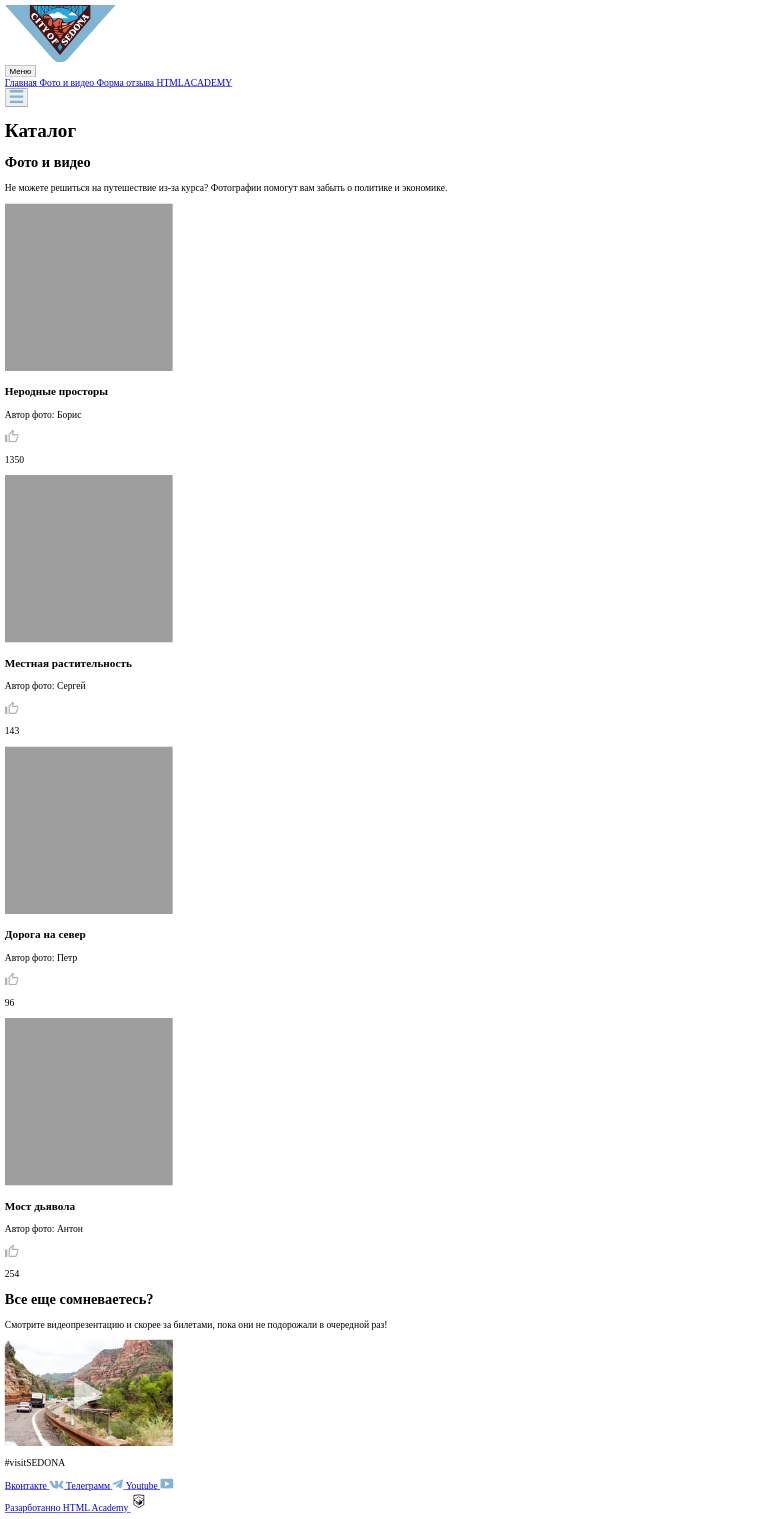
Repository: iKrekus/2149661-sedona-27
Page: source/catalog.html
An editor plug-in stored every save of this project. The page is shown before and after the next save, followed by the edit.
The browser window is 1280 px wide. The pictures show the whole page, at 60% of full size.
Pictures or frames that could not be fetched are drawn as grey boxes.

Above is the page before, as saved 2022-11-28 22:03:58.

After the next save:
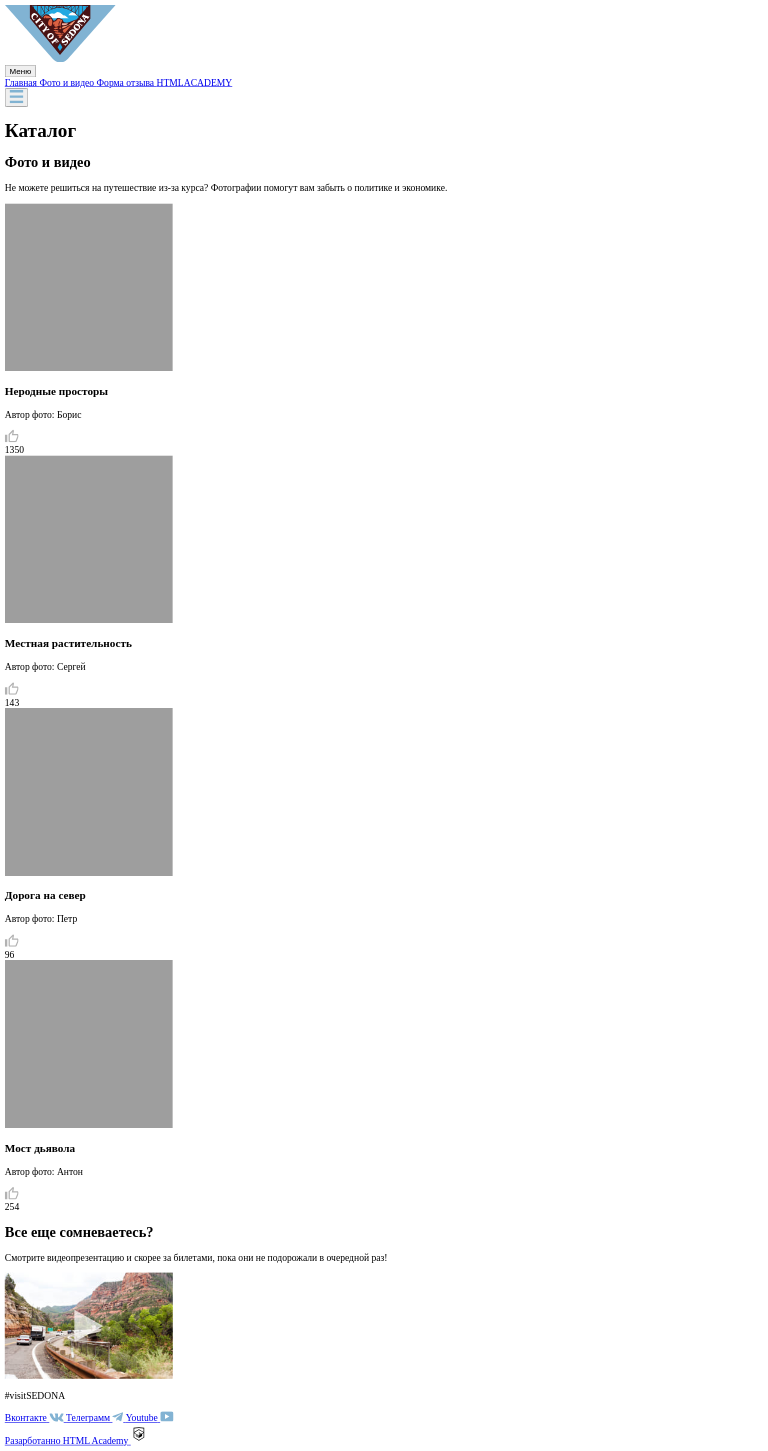
Saved 64 s later.
--- a/source/catalog.html
+++ b/source/catalog.html
@@ -58,7 +58,7 @@
               <svg width="23" height="21" viewBox="0 0 23 21" fill="none" xmlns="http://www.w3.org/2000/svg"><path opacity=".3" d="m13 3.8-.7 3-.6 2.6h9.1v2.2l-3 7.3H8.4V8.4L13 3.8Zm.8-3.8L6.9 7c-.4.2-.6.8-.6 1.4v10.5c0 1.2 1 2.1 2 2.1h9.5a2 2 0 0 0 1.9-1.3l3-7.4c.2-.2.2-.5.2-.8v-2h.1c0-1.2-1-2.2-2-2.2h-6.7l1-4.8v-.3c0-.4-.1-.8-.4-1.2l-1.1-1ZM4.2 8.4H0V21h4.2V8.4Z" fill="#000"/></svg>
             </a>
           </div>
-          <p class="likes-counter__count">1350</p>
+          1350
         </div>
       </section>
       <section class="catalog-item container">
@@ -75,7 +75,7 @@
               <svg width="23" height="21" viewBox="0 0 23 21" fill="none" xmlns="http://www.w3.org/2000/svg"><path opacity=".3" d="m13 3.8-.7 3-.6 2.6h9.1v2.2l-3 7.3H8.4V8.4L13 3.8Zm.8-3.8L6.9 7c-.4.2-.6.8-.6 1.4v10.5c0 1.2 1 2.1 2 2.1h9.5a2 2 0 0 0 1.9-1.3l3-7.4c.2-.2.2-.5.2-.8v-2h.1c0-1.2-1-2.2-2-2.2h-6.7l1-4.8v-.3c0-.4-.1-.8-.4-1.2l-1.1-1ZM4.2 8.4H0V21h4.2V8.4Z" fill="#000"/></svg>
             </a>
           </div>
-          <p class="likes-counter__count">143</p>
+          143
         </div>
       </section>
       <section class="catalog-item">
@@ -92,7 +92,7 @@
               <svg width="23" height="21" viewBox="0 0 23 21" fill="none" xmlns="http://www.w3.org/2000/svg"><path opacity=".3" d="m13 3.8-.7 3-.6 2.6h9.1v2.2l-3 7.3H8.4V8.4L13 3.8Zm.8-3.8L6.9 7c-.4.2-.6.8-.6 1.4v10.5c0 1.2 1 2.1 2 2.1h9.5a2 2 0 0 0 1.9-1.3l3-7.4c.2-.2.2-.5.2-.8v-2h.1c0-1.2-1-2.2-2-2.2h-6.7l1-4.8v-.3c0-.4-.1-.8-.4-1.2l-1.1-1ZM4.2 8.4H0V21h4.2V8.4Z" fill="#000"/></svg>
             </a>
           </div>
-          <p class="likes-counter__count">96</p>
+          96
         </div>
       </section>
       <section class="catalog-item container">
@@ -109,7 +109,7 @@
               <svg width="23" height="21" viewBox="0 0 23 21" fill="none" xmlns="http://www.w3.org/2000/svg"><path opacity=".3" d="m13 3.8-.7 3-.6 2.6h9.1v2.2l-3 7.3H8.4V8.4L13 3.8Zm.8-3.8L6.9 7c-.4.2-.6.8-.6 1.4v10.5c0 1.2 1 2.1 2 2.1h9.5a2 2 0 0 0 1.9-1.3l3-7.4c.2-.2.2-.5.2-.8v-2h.1c0-1.2-1-2.2-2-2.2h-6.7l1-4.8v-.3c0-.4-.1-.8-.4-1.2l-1.1-1ZM4.2 8.4H0V21h4.2V8.4Z" fill="#000"/></svg>
             </a>
           </div>
-          <p class="likes-counter__count">254</p>
+          254
         </div>
       </section>
       <section class="page-head-content container">
